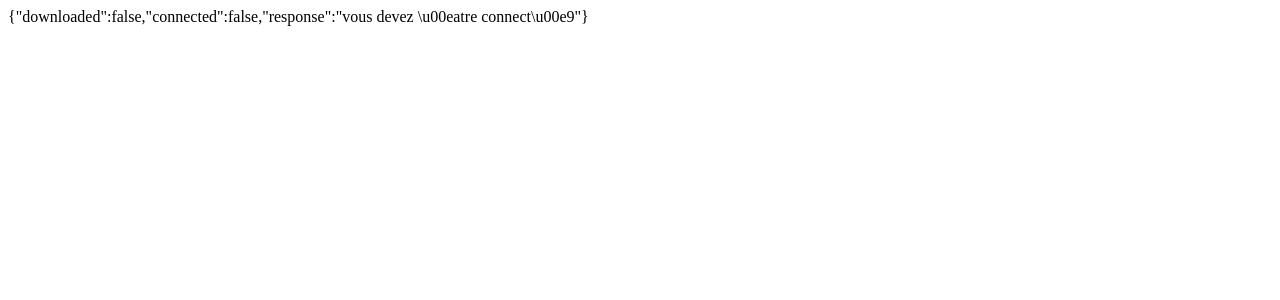
Repository: ahmed-rabah/cinemaMiniProject
Page: http://localhost/PDFgenerateur/PDFgenerator.php
The author's editor kept a copy of each file at every save. The page is drawn from the files as they stood at one save, then again after the next save.
The browser window is 1280 px wide. The pictures show the whole page.
The page is run by PHP 8.4 with error messages shown; the project is at /var/www/html/.

Above is the page before, as saved 2023-01-07 11:44:17.

After the next save:
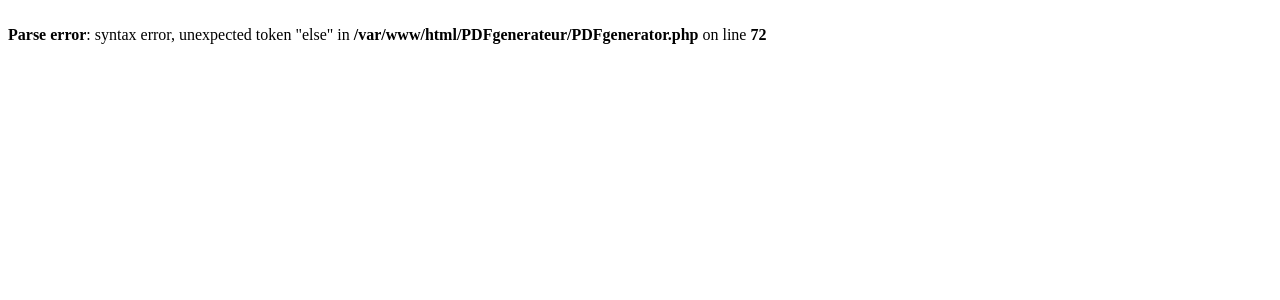
Saved 52 s later.
--- a/PDFgenerateur/PDFgenerator.php
+++ b/PDFgenerateur/PDFgenerator.php
@@ -10,9 +10,7 @@
      if(!empty($_GET['id_produit']) && isset($_SESSION['user_id']) && empty($_SESSION['panier'])){
             $idproduit = $_GET['id_produit'];
             require_once '../functions/database.php';
-            try{
-               $pdo->beginTransaction();
-               $req="SELECT
+            $req="SELECT
                     u.userName as username,
                    f.photo ,
                    f.titre ,
@@ -40,8 +38,10 @@
                 $total = $result['prix'];
                 $isAlreadyPrinted = $result['PDFprinted'];
                 if(!$isAlreadyPrinted){
-                  $req2="UPDATE produit SET PDFprinted = ? WHERE id_produit = ?";
-                  $query=$pdo->prepare($req2);
+                   try{
+                      $pdo->beginTransaction();
+                   $req2="UPDATE produit SET PDFprinted = ? WHERE id_produit = ?";
+                   $query=$pdo->prepare($req2);
                   $query->execute([true,$idproduit]);
                   if($query->rowCount() > 0){
                      $options = new Options();

After the 2 saves that followed:
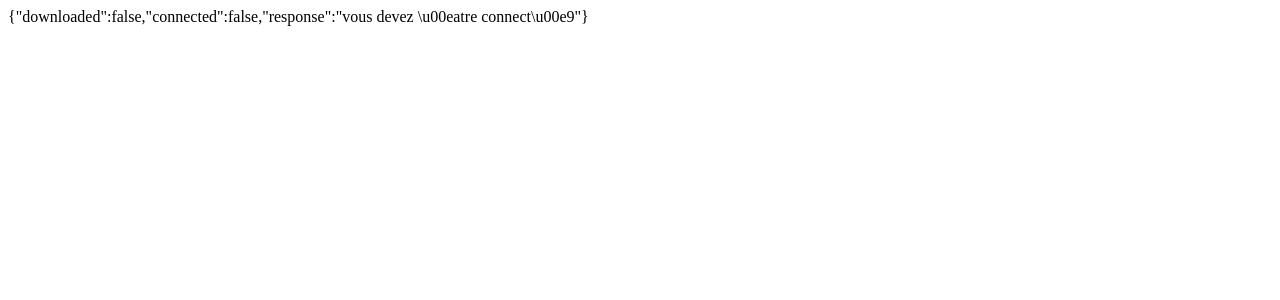
The 2 saves are shown as one change because they came seconds apart.
The last was saved 26 s later.
--- a/PDFgenerateur/PDFgenerator.php
+++ b/PDFgenerateur/PDFgenerator.php
@@ -69,15 +69,14 @@
                        $pdo->rollBack();
                     }
 
+                    $pdo->commit();
+                  }catch(Exception $e){
+                     $pdo->rollBack();
+                     exit(json_encode(['downloaded'=>false,"connected"=>true,"response"=>"erreur serveur!!"]));
+                    }
                   }else{
                      exit(json_encode(['downloaded'=>false,"connected"=>true,"response"=>"vous avez dejà imprimé le reçu ,nous ne pouvons pas vous founris une autre copie"]));
                   }
-                  $pdo->commit();
-                }catch(Exception $e){
-                  $pdo->rollBack();
-                  exit(json_encode(['downloaded'=>false,"connected"=>true,"response"=>"erreur serveur!!"]));
-
-                }
      }elseif(!isset($_SESSION['user_id'])){
         exit(json_encode(['downloaded'=>false,"connected"=>false,"response"=>"vous devez être connecté"]));
      }elseif(empty($_GET['id_produit'])){
